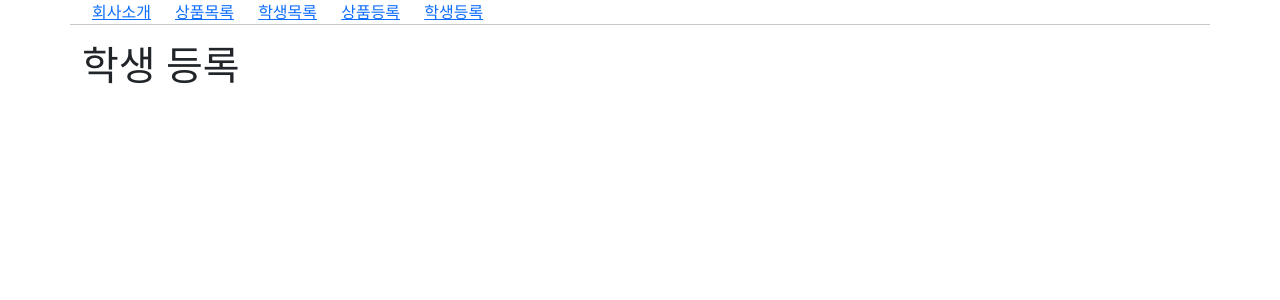
Repository: gwangso/web
Page: http://localhost/ex01/stu/insert
An editor plug-in stored every save of this project. The page is shown before and after the next save, followed by the edit.
The browser window is 1280 px wide. The pictures show the whole page.
The page is served by Tomcat 9. Other server files are loaded and not shown.

Above is the page before, as saved 2023-07-24 05:51:52.

### ex01/src/main/webapp/home.jsp
<%@ page language="java" contentType="text/html; charset=UTF-8"
    pageEncoding="UTF-8"%>
<!DOCTYPE html>
<html>
	<head>
		<meta charset="UTF-8">
		<title>홈페이지</title>

		<!-- 부트스트랩 -->
		<!-- CSS only -->
		<link href="https://cdn.jsdelivr.net/npm/bootstrap@5.2.3/dist/css/bootstrap.min.css" rel="stylesheet" integrity="sha384-rbsA2VBKQhggwzxH7pPCaAqO46MgnOM80zW1RWuH61DGLwZJEdK2Kadq2F9CUG65" crossorigin="anonymous">
		<!-- JavaScript Bundle with Popper -->
		<script src="https://cdn.jsdelivr.net/npm/bootstrap@5.2.3/dist/js/bootstrap.bundle.min.js" integrity="sha384-kenU1KFdBIe4zVF0s0G1M5b4hcpxyD9F7jL+jjXkk+Q2h455rYXK/7HAuoJl+0I4" crossorigin="anonymous"></script>

		<style>
			a {
				margin:10px;
			}
		</style>
	</head>
<body>
<div class="container">
	<div class="row">
		<div class="col">
			<div>
				<a href="/">회사소개</a>
				<a href="/pro/list">상품목록</a>
				<a href="/stu/list">학생목록</a>
				<a href="/pro/insert">상품등록</a>
				<a href="/stu/insert">학생등록</a>
			</div>
		</div>
		<hr>
		<div>
			<jsp:include page="${pageName}"/> <!-- jsp가 있으면 html로 하면 안된다. -->
		</div>
	</div>
</div>
</body>

</html>

### ex01/src/main/webapp/stu/insert.jsp
<%@ page language="java" contentType="text/html; charset=UTF-8"
    pageEncoding="UTF-8"%>


<div class="row">
	<div class="col">
		<h1>학생 등록</h1>
	</div>
</div>

### ex01/src/main/java/controller/StudentController.java
package controller;

import java.io.IOException;

import javax.servlet.RequestDispatcher;
import javax.servlet.ServletException;
import javax.servlet.annotation.WebServlet;
import javax.servlet.http.HttpServlet;
import javax.servlet.http.HttpServletRequest;
import javax.servlet.http.HttpServletResponse;


@WebServlet(value = {"/stu/list", "/stu/insert"})
public class StudentController extends HttpServlet {
	private static final long serialVersionUID = 1L;

    public StudentController() {
        super();
    }

	protected void doGet(HttpServletRequest request, HttpServletResponse response) throws ServletException, IOException {
		switch (request.getServletPath()) {
		case "/stu/list":
			request.setAttribute("pageName", "/stu/list.jsp");
			break;
		case "/stu/insert":
			request.setAttribute("pageName", "/stu/insert.jsp");
			break;
		}
		RequestDispatcher dis = request.getRequestDispatcher("/home.jsp");
		dis.forward(request, response);
	}

	protected void doPost(HttpServletRequest request, HttpServletResponse response) throws ServletException, IOException {
	}

}

After the next save:
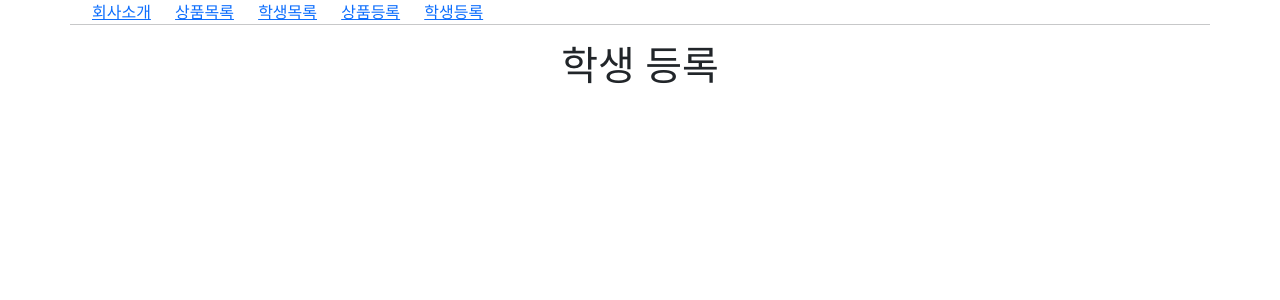
Saved 11 s later.
--- a/ex01/src/main/webapp/stu/insert.jsp
+++ b/ex01/src/main/webapp/stu/insert.jsp
@@ -4,6 +4,6 @@
 
 <div class="row">
 	<div class="col">
-		<h1>학생 등록</h1>
+		<h1 class="text-center">학생 등록</h1>
 	</div>
 </div>
